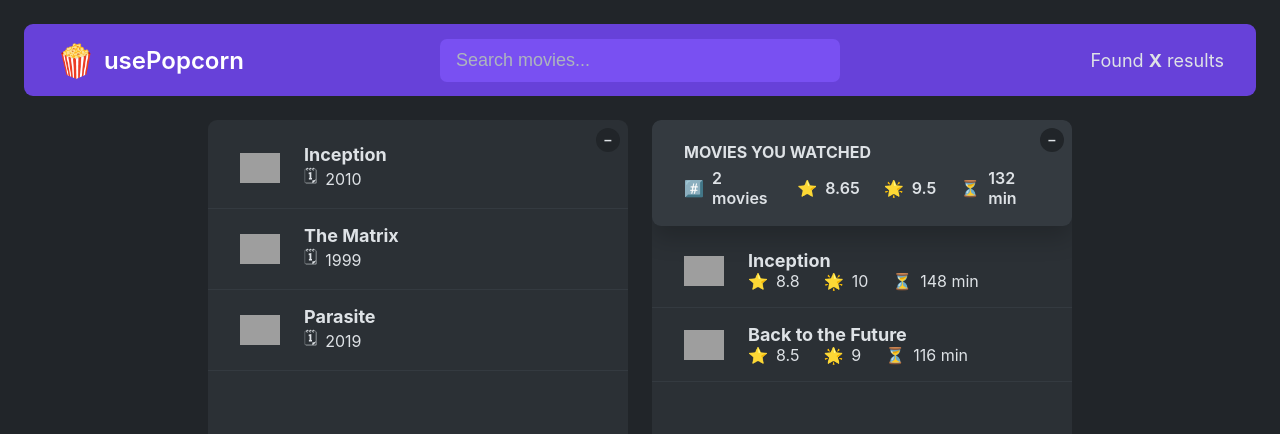
Repository: echoyol/07-usepopcorn
Page: /
The author's editor kept a copy of each file at every save. The page is drawn from the files as they stood at one save, then again after the next save.
The browser window is 1280 px wide. The pictures show the whole page.
Pictures or frames that could not be fetched are drawn as grey boxes. The project was rebuilt for these pictures with package versions that can differ from the ones it lists, and the page was loaded fresh each time.

Above is the page before, as saved 2023-07-05 16:37:21.

After the next save:
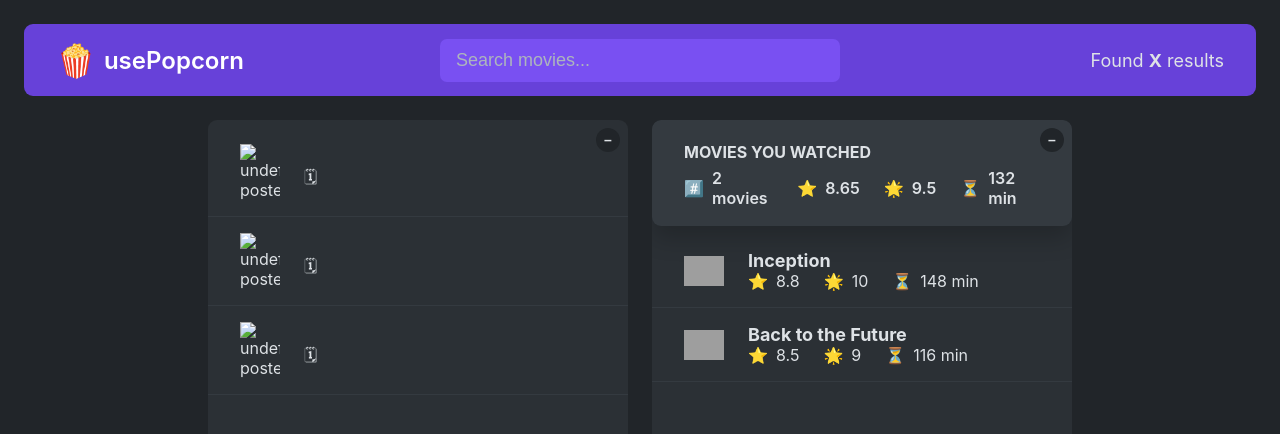
Saved 117 s later.
--- a/src/App.js
+++ b/src/App.js
@@ -115,6 +115,7 @@
       >
         {isOpen1 ? '–' : '+'}
       </button>
+
       {isOpen1 && <MovieList />}
     </div>
   )
@@ -125,23 +126,30 @@
   return (
     <ul className='list'>
       {movies?.map((movie) => (
-        <li key={movie.imdbID}>
-          <img
-            src={movie.Poster}
-            alt={`${movie.Title} poster`}
-          />
-          <h3>{movie.Title}</h3>
-          <div>
-            <p>
-              <span>🗓</span>
-              <span>{movie.Year}</span>
-            </p>
-          </div>
-        </li>
+        <Movie movie={movie} />
       ))}
     </ul>
   )
 }
+
+function Movie(movie) {
+  return (
+    <li key={movie.imdbID}>
+      <img
+        src={movie.Poster}
+        alt={`${movie.Title} poster`}
+      />
+      <h3>{movie.Title}</h3>
+      <div>
+        <p>
+          <span>🗓</span>
+          <span>{movie.Year}</span>
+        </p>
+      </div>
+    </li>
+  )
+}
+
 function WatchedBox() {
   const [watched, setWatched] = useState(tempWatchedData)
   const [isOpen2, setIsOpen2] = useState(true)

After the save that followed:
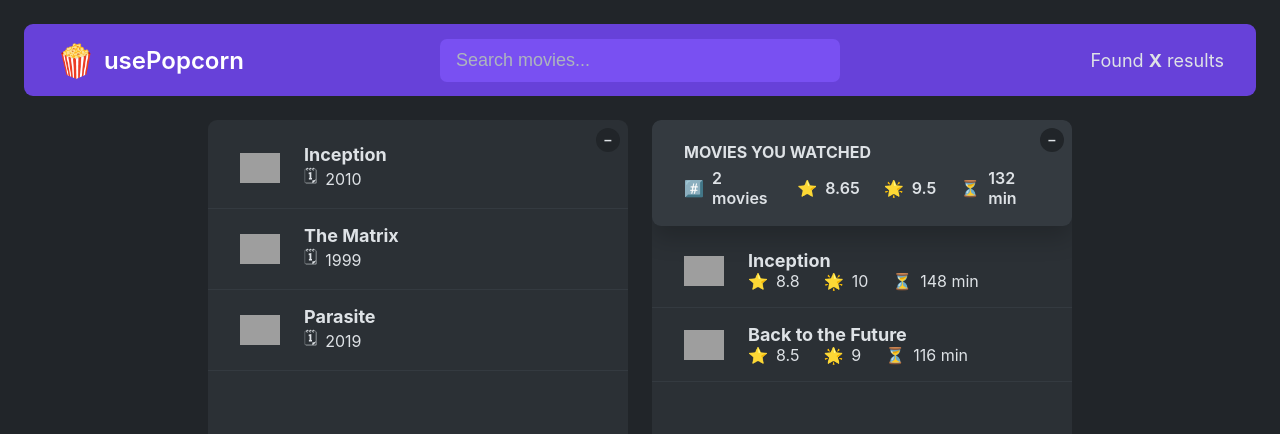
Saved 44 s later.
--- a/src/App.js
+++ b/src/App.js
@@ -126,15 +126,18 @@
   return (
     <ul className='list'>
       {movies?.map((movie) => (
-        <Movie movie={movie} />
+        <Movie
+          movie={movie}
+          key={movie.imdbID}
+        />
       ))}
     </ul>
   )
 }
 
-function Movie(movie) {
-  return (
-    <li key={movie.imdbID}>
+function Movie({ movie }) {
+  return (
+    <li>
       <img
         src={movie.Poster}
         alt={`${movie.Title} poster`}
